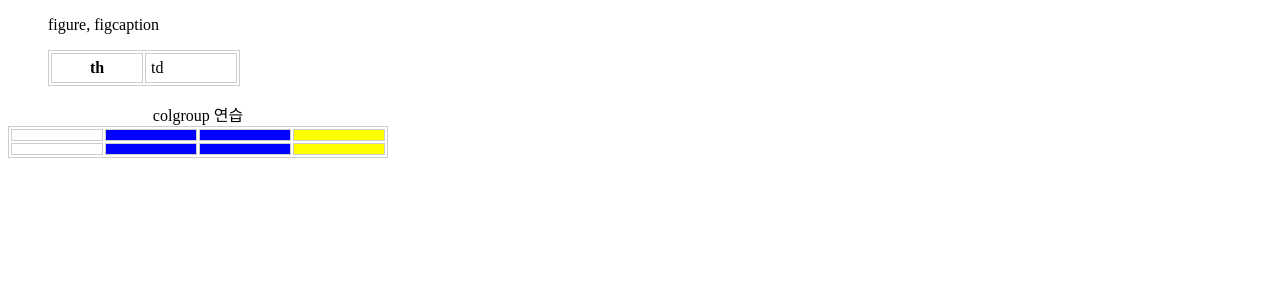
Repository: yeonddu/green_css
Page: web/pro01/songyeonsu/table2.html
The author's editor kept a copy of each file at every save. The page is drawn from the files as they stood at one save, then again after the next save.
The browser window is 1280 px wide. The pictures show the whole page.

Above is the page before, as saved 2022-12-13 07:31:09.

After the next save:
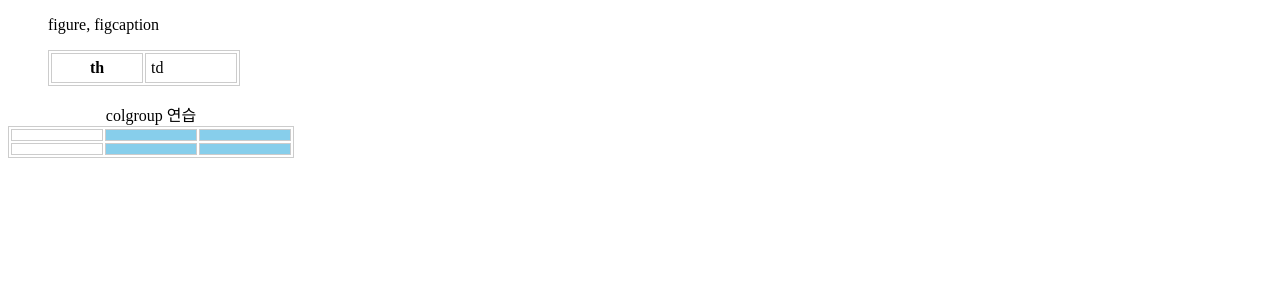
Saved 22 s later.
--- a/web/pro01/songyeonsu/table2.html
+++ b/web/pro01/songyeonsu/table2.html
@@ -31,11 +31,10 @@
 		<caption>colgroup 연습</caption>
 		<colgroup>
 			<col>
-			<col span="2" style="background-color:blue;">
-			<col style="background-color:yellow">
+			<col span="2" style="background-color:skyblue;">
+			<col style="background-color:pink">
 		</colgroup>
 		<tr>
-			<td></td>
 			<td></td>
 			<td></td>
 			<td></td>
@@ -44,7 +43,6 @@
 			<td></td>
 			<td></td>
 			<td></td>
-			<td></td>
 		</tr>
 	</table>
 </body>
